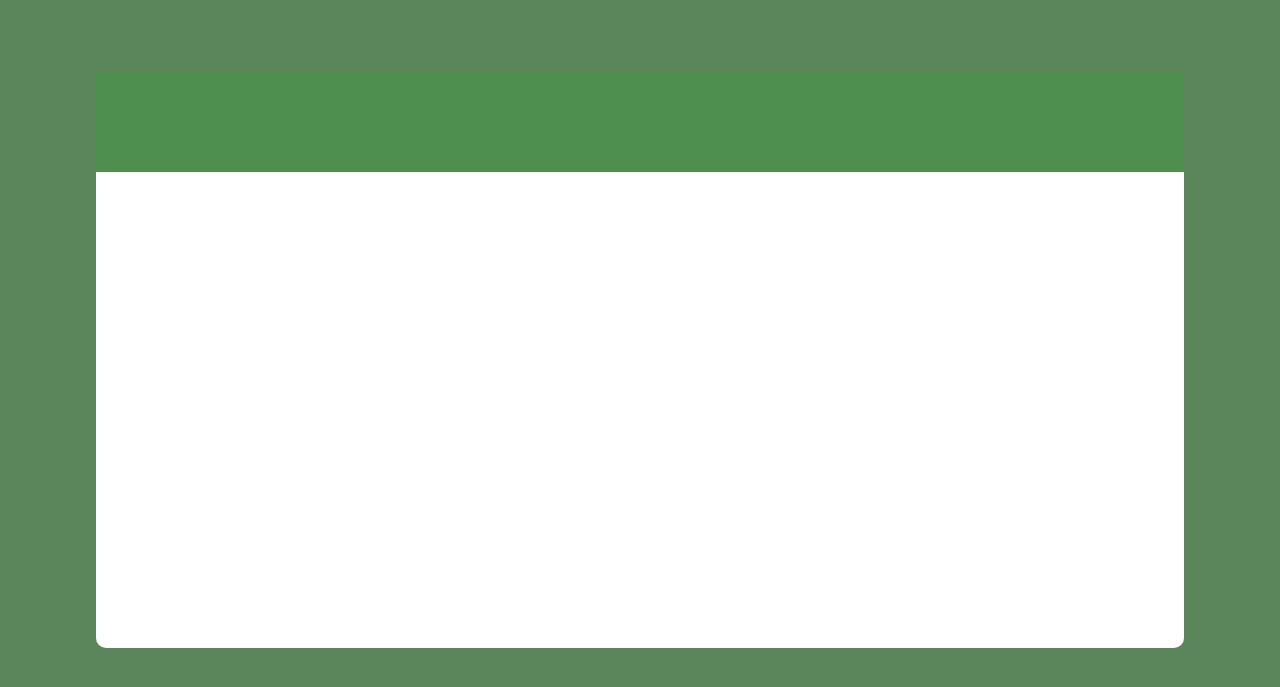
Repository: ketansharma22/BubbleGame
Page: index.html
The author's editor kept a copy of each file at every save. The page is drawn from the files as they stood at one save, then again after the next save.
The browser window is 1280 px wide. The pictures show the whole page.

Above is the page before, as saved 2024-02-18 22:49:26.

### index.html
<!DOCTYPE html>
<html lang="en">
<head>
    <meta charset="UTF-8">
    <meta name="viewport" content="width=device-width, initial-scale=1.0">
    <title>BubbleGame</title>
    <link rel="stylesheet" href="styles.css">
</head>
<body>
    <div class="main">
        <div class="show">
            <div class="upper">

            </div>
        </div>
    </div>
</body>
</html>

### styles.css
*{
    margin: 0;
    padding: 0;
    box-sizing: border-box;
}
html,body{
    width: 100%;
    height: 100%;
}
.main{
    display: flex;
    justify-content: center;
    align-items: center;
    width: 100%;
    height: 100%;
    background-color: rgb(91, 134, 91);
}
.show{
    width: 85%;
    height: 80%;
    background-color: #fff;
    border-radius: 10px;
}
.upper{
    width: 100%;
    height: 100px;
    background-color:rgb(78, 142, 78);

After the next save:
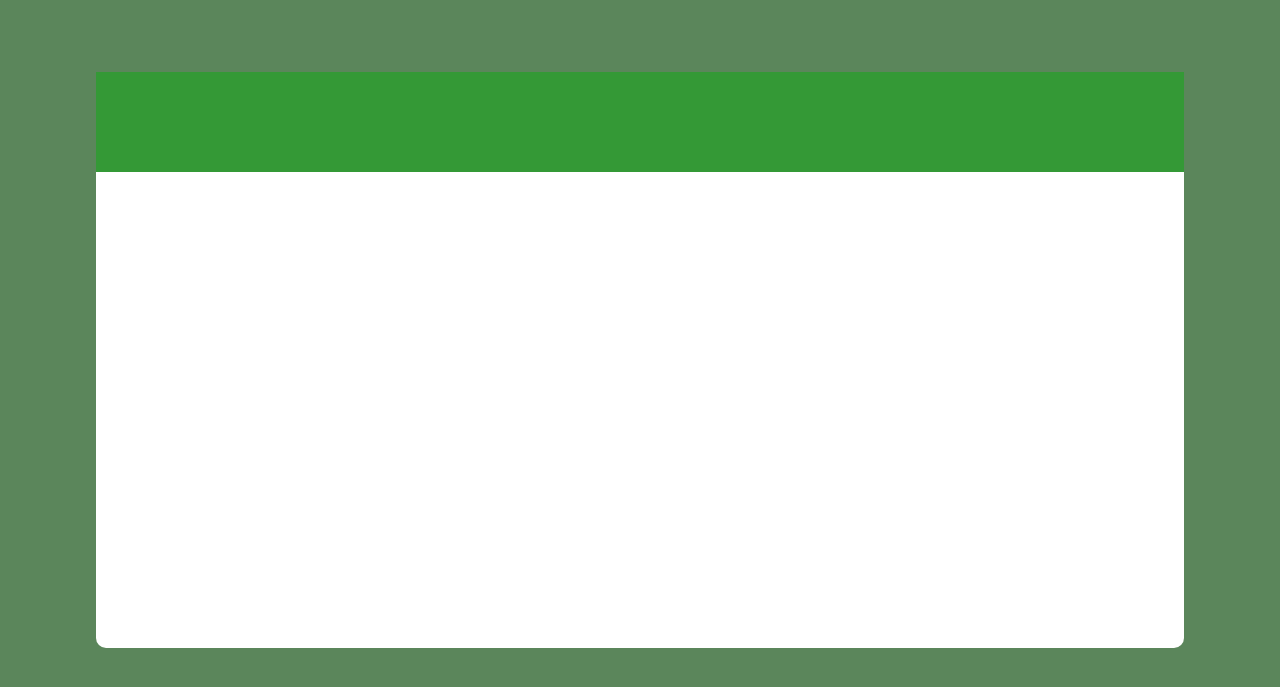
Saved 10 s later.
--- a/styles.css
+++ b/styles.css
@@ -24,4 +24,4 @@
 .upper{
     width: 100%;
     height: 100px;
-    background-color:rgb(78, 142, 78);
+    background-color:rgb(52, 153, 54);
